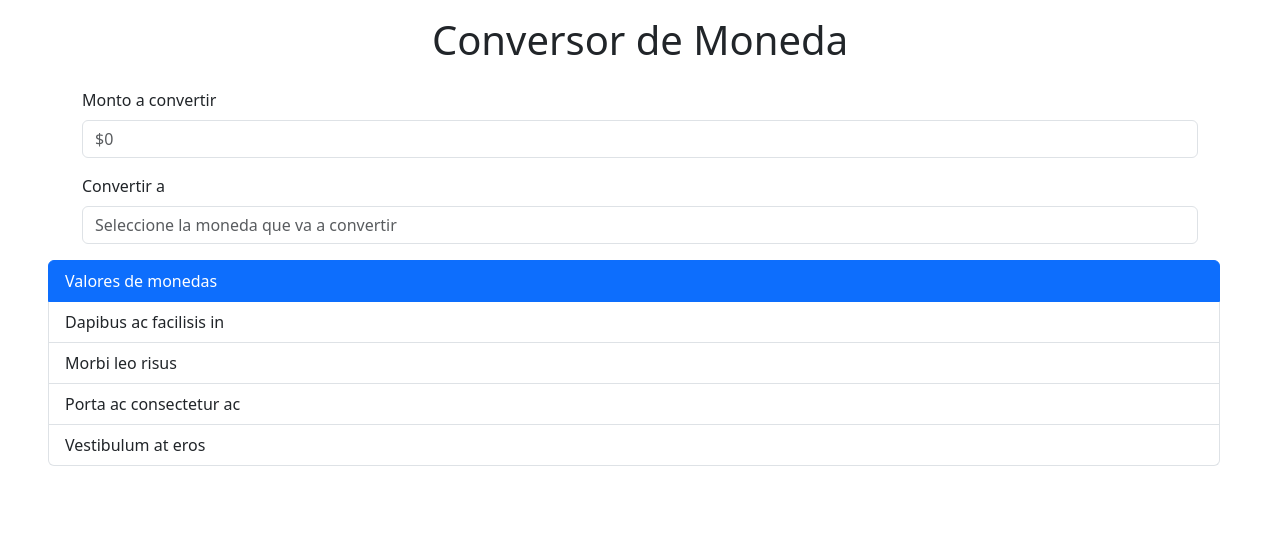
Repository: MaxiSoriano70/ALURA_Challenge_Oracle_ONE_Conversor
Page: http://localhost/conversores/WEB-INF/view/conversorDeMonedas.jsp
An editor plug-in stored every save of this project. The page is shown before and after the next save, followed by the edit.
The browser window is 1280 px wide. The pictures show the whole page.
The page is served by Tomcat 10. Nobody is signed in. The template is opened directly, without the code that normally fills it, so the values that code supplies are empty.

Above is the page before, as saved 2023-05-13 06:49:08.

After the next save:
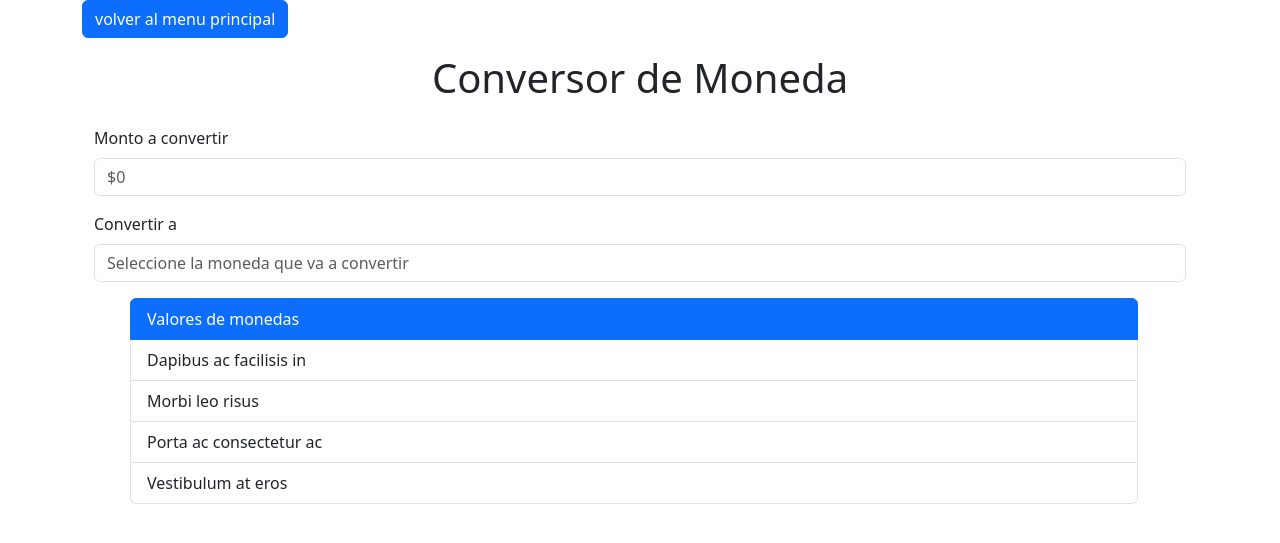
Saved 25 s later.
--- a/Conversor/conversores/src/main/webapp/WEB-INF/view/conversorDeMonedas.jsp
+++ b/Conversor/conversores/src/main/webapp/WEB-INF/view/conversorDeMonedas.jsp
@@ -11,7 +11,8 @@
 	integrity="sha384-KK94CHFLLe+nY2dmCWGMq91rCGa5gtU4mk92HdvYe+M/SXH301p5ILy+dN9+nJOZ"
 	crossorigin="anonymous">
 </head>
-<body>
+<body class="container">
+	<a href="entrada?accion=Index" class="btn btn-primary">volver al menu principal</a>
 	<div class="title text-center py-3">
 		<h1>Conversor de Moneda</h1>
 	</div>
